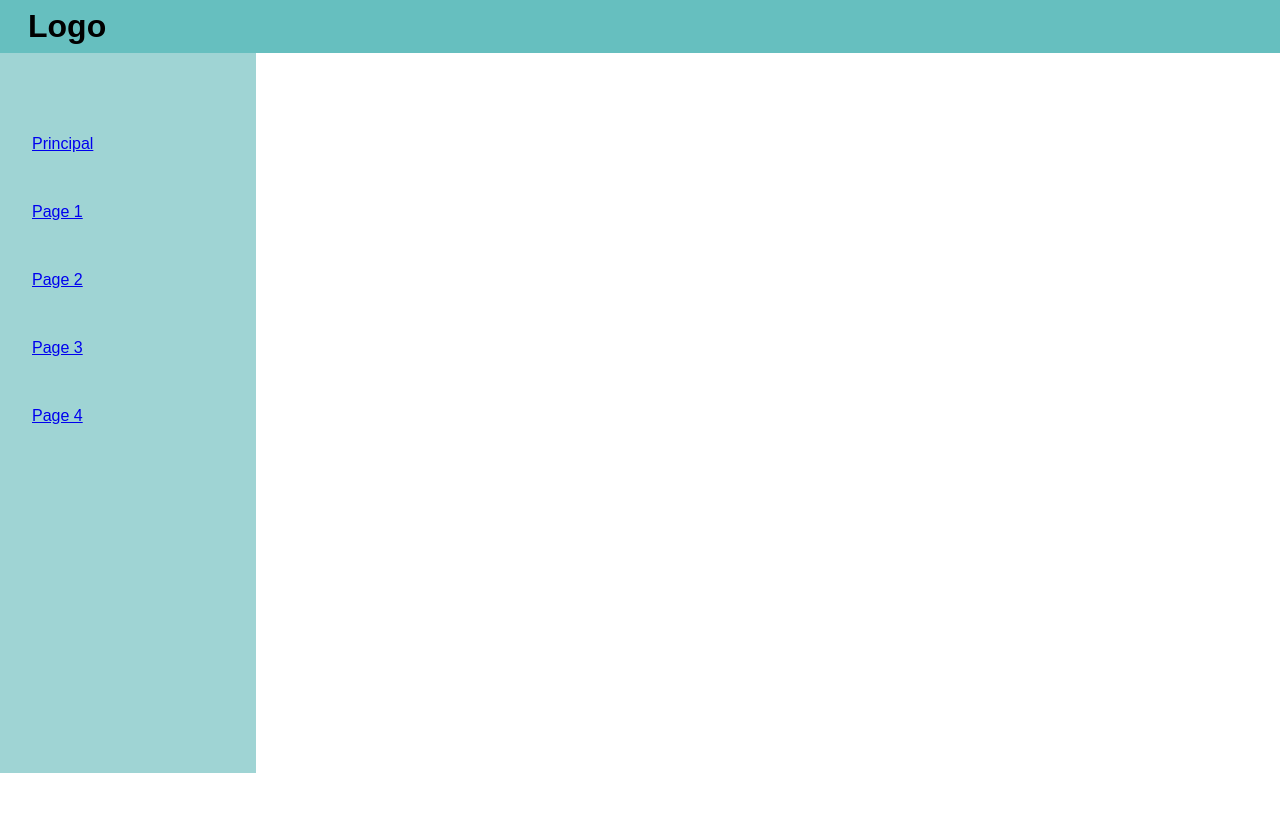
Repository: mateus-henrique-silva/Dashboard-pixel-facebook-react
Page: / (app in dashboard-pixel/)
The author's editor kept a copy of each file at every save. The page is drawn from the files as they stood at one save, then again after the next save.
The browser window is 1280 px wide. The pictures show the whole page.
The project was rebuilt for these pictures with package versions that can differ from the ones it lists, and the page was loaded fresh each time.

Above is the page before, as saved 2022-07-07 17:41:57.

### dashboard-pixel/src/index.js
import React from "react";
import ReactDOM from "react-dom/client";

import App from "./App";
import reportWebVitals from "./reportWebVitals";

const root = ReactDOM.createRoot(document.getElementById("root"));
root.render(
  <React.StrictMode>
    <App />
  </React.StrictMode>
);

reportWebVitals();

### dashboard-pixel/src/App.jsx
import React from "react";
import Main from "./Components/MainPage/Main";



function App() {
  return (
    <div >
        <Main/>


    </div>
  );
}

export default App;

### dashboard-pixel/src/Components/MainPage/Main.jsx
import React from 'react'
import './Main.css'
import Header from '../Header/Header'
import SideBar from "../SideBar/SideBar"

const Main = () => {
  return (
    <div className="Main">
        <Header/>
        <SideBar/>
    </div>
  )
}

export default Main

### dashboard-pixel/src/Components/MainPage/Main.css
* {
  border: 0;
  margin: 0;
  font-family: sans-serif;
}

.Main {
  width: 100%;
  height: 100vh;
}
.startHeader{
    width: 100%;
    display: flex;
    justify-content: center;
}

### dashboard-pixel/src/Components/Header/Header.jsx
import React from 'react'
import "./Header.css"

const Header = () => {
  return (
    <div className="startHeader">

        <div className="Header">
            <h1>Logo</h1>
        </div>

    </div>
  )
}

export default Header

### dashboard-pixel/src/Components/SideBar/SideBar.jsx
import React from "react";
import "./SideBar.css";

const SideBar = () => {
  return (
    <div>
      <div className="div-sidebar">
        <div className="Menu-tag">
          <div><a href="#">Principal</a></div>

          <div><a href="#">Page 1</a></div>
          <div><a href="#">Page 2</a></div>
          <div><a href="#">Page 3</a></div>
          <div><a href="#">Page 4</a></div>
        </div>
      </div>
    </div>
  );
};

export default SideBar;

### dashboard-pixel/src/Components/Header/Header.css
.Header{
    width: 99vw;
    padding: 0.5em 0.5em ;
    background-color:#66BFBF;
    display:flex;
    align-items:center;



}

.Header h1{
    margin-left: 20px;
}

### dashboard-pixel/src/Components/SideBar/SideBar.css
.div-sidebar {
  height: 100vh;
  width: 20vw;
  background-color: #9fd4d4;
  display: grid;
}

.Menu-tag {
  height: 100%;
  padding: 2em 2em;
}

.Menu-tag div {
  margin-top:50px;
}

Loaded but not shown: dashboard-pixel/public/index.html (common file); dashboard-pixel/src/reportWebVitals.js (common file)

After the next save:
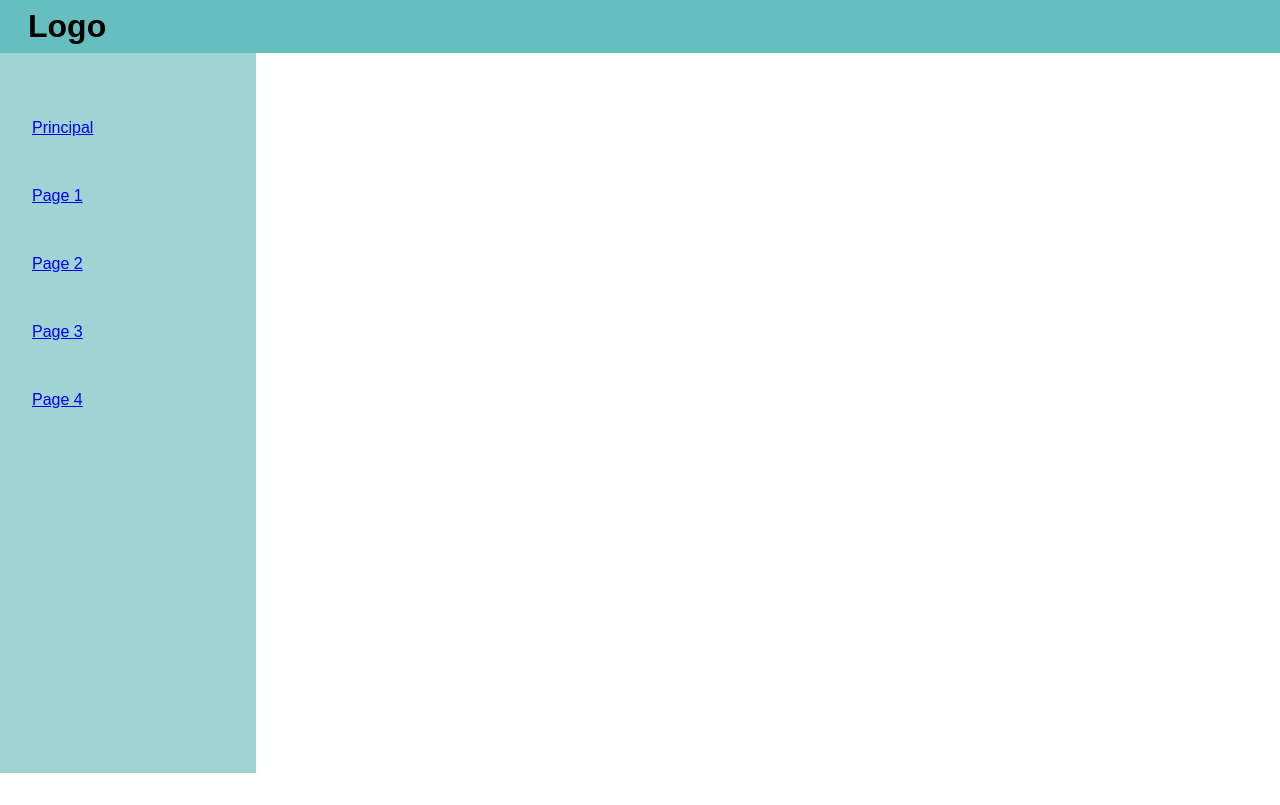
Saved 5 s later.
--- a/dashboard-pixel/src/Components/SideBar/SideBar.css
+++ b/dashboard-pixel/src/Components/SideBar/SideBar.css
@@ -7,7 +7,7 @@
 
 .Menu-tag {
   height: 100%;
-  padding: 2em 2em;
+  padding: 1em 2em;
 }
 
 .Menu-tag div {
